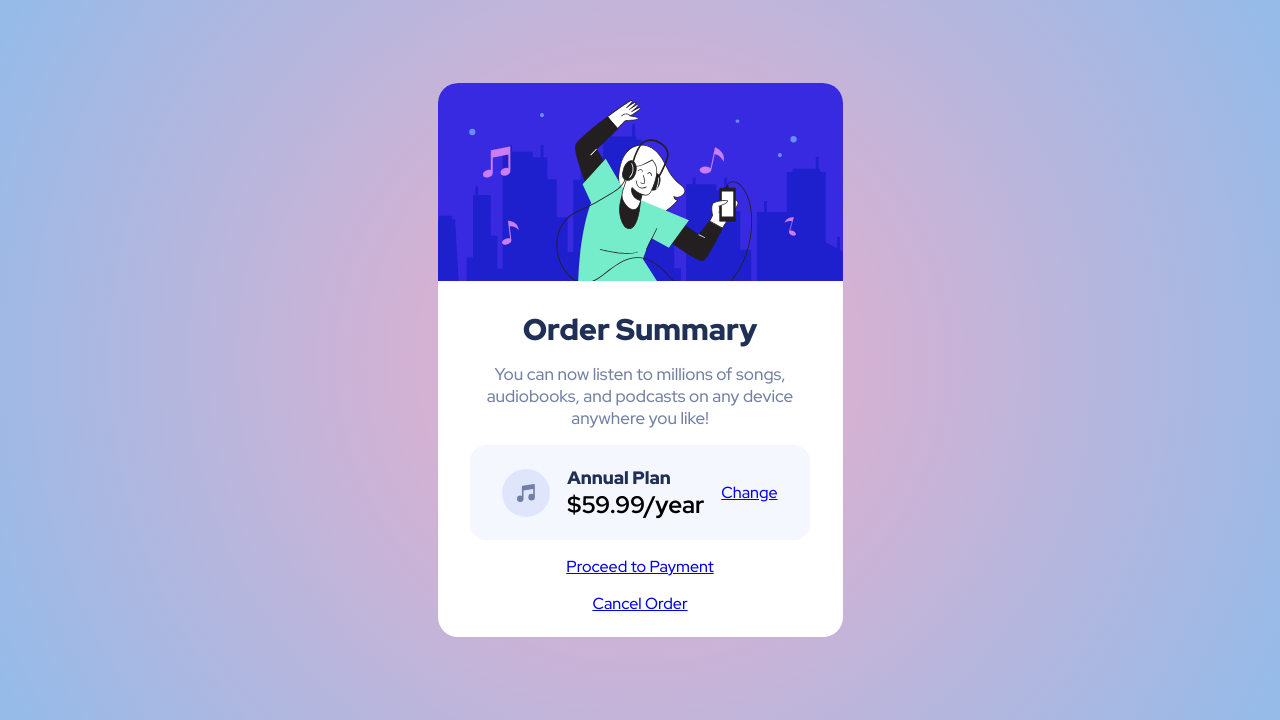
Repository: KamoliddinGIT/order-summary-card
Page: index.html
The author's editor kept a copy of each file at every save. The page is drawn from the files as they stood at one save, then again after the next save.
The browser window is 1280 px wide. The pictures show the whole page.

Above is the page before, as saved 2023-09-13 10:56:54.

### index.html
<!DOCTYPE html>
<html lang="en">
  <head>
    <meta charset="UTF-8" />
    <meta name="viewport" content="width=device-width, initial-scale=1.0" />
    <link
      rel="icon"
      type="image/png"
      sizes="32x32"
      href="./images/favicon-32x32.png"
    />
    <link
      href="https://fonts.googleapis.com/css2?family=Red+Hat+Display:wght@500;700;900&display=swap"
      rel="stylesheet"
    />
    <link rel="stylesheet" href="./css/style.css" />
    <title>Order summary card</title>
  </head>
  <body>
    <div class="container">
      <img
        class="illustration"
        src="./images/illustration-hero.svg"
        alt="img"
      />
      <div class="items">
        <h1>Order Summary</h1>
        <p>
          You can now listen to millions of songs, audiobooks, and podcasts on
          any device anywhere you like!
        </p>
        <div class="item__payment">
          <img src="./images/icon-music.svg" alt="music" />
          <div>
            <span>Annual Plan </span>
            <h2>$59.99/year</h2>
          </div>
          <a href="#">Change</a>
        </div>
        <a href="#">Proceed to Payment</a>
        <a href="#">Cancel Order</a>
      </div>
    </div>
  </body>
</html>

### css/style.css
* {
  margin: 0;
  padding: 0;
  box-sizing: border-box;
}

body {
  width: 100%;
  height: 100vh;
  display: flex;
  justify-content: center;
  align-items: center;
  background: rgb(238, 174, 202);
  background: radial-gradient(
    circle,
    rgba(238, 174, 202, 1) 0%,
    rgba(148, 187, 233, 1) 100%
  );
  font-family: "Red Hat Display", sans-serif;
}

.container {
  display: flex;
  flex-direction: column;
  align-items: center;
  width: 405px;
  height: 554px;
  border-radius: 20px;
  background: #fff;
}

.illustration {
  width: 100%;
  border-radius: 20px 20px 0 0;
}

.items {
  width: 100%;
  display: flex;
  gap: 1rem;
  flex-direction: column;
  align-items: center;
  padding: 30px;
}

.items h1 {
  font-size: 1.875rem;
  line-height: 2.25rem;
  font-weight: 900;
  color: #1f2f56;
}

.items p {
  text-align: center;
  color: #7280a2;
  font-size: 17px;
}

.item__payment {
  width: 340px;
  height: 95px;
  align-items: center;
  background-color: #f5f7ff;
  display: flex;
  justify-content: space-around;
  border-radius: 1rem;
  padding: 1.5rem;
}

.item__payment span {
  font-weight: 900;
  color: #1f2f56;
  font-size: 18px;
}

After the next save:
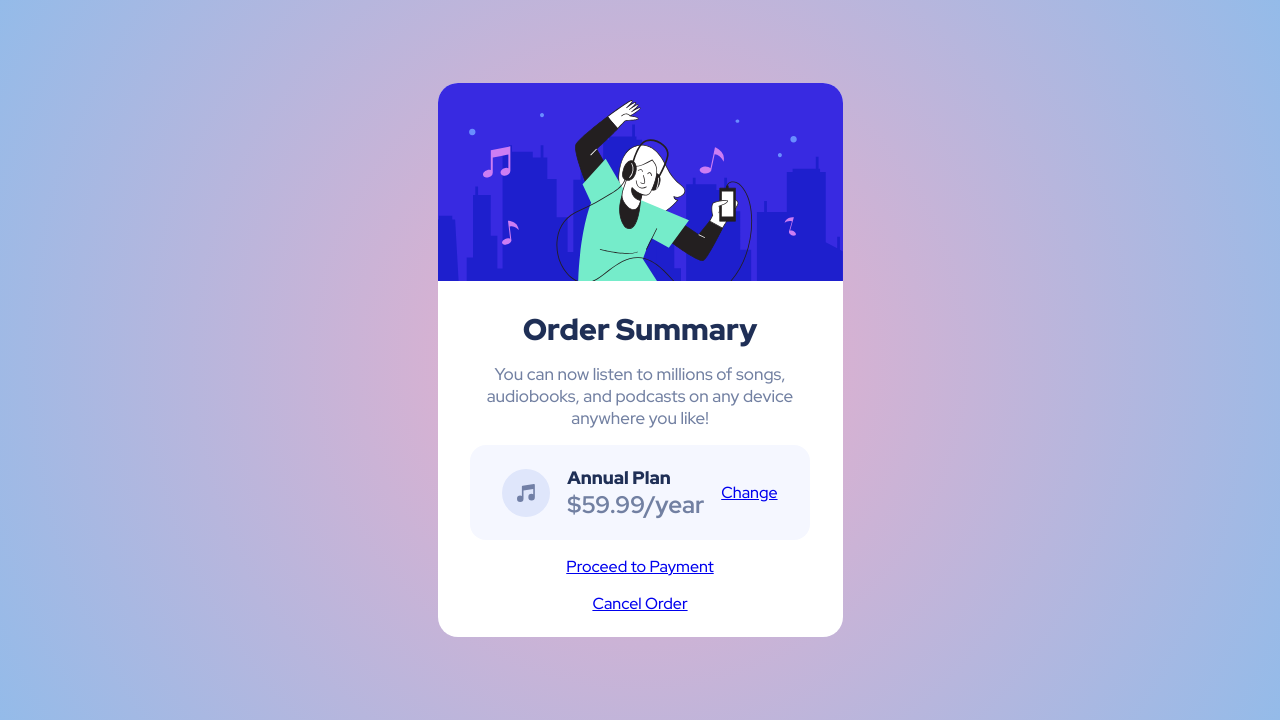
Saved 12 s later.
--- a/css/style.css
+++ b/css/style.css
@@ -72,3 +72,7 @@
   color: #1f2f56;
   font-size: 18px;
 }
+
+.item__payment h2 {
+  color: #7280a2;
+}
